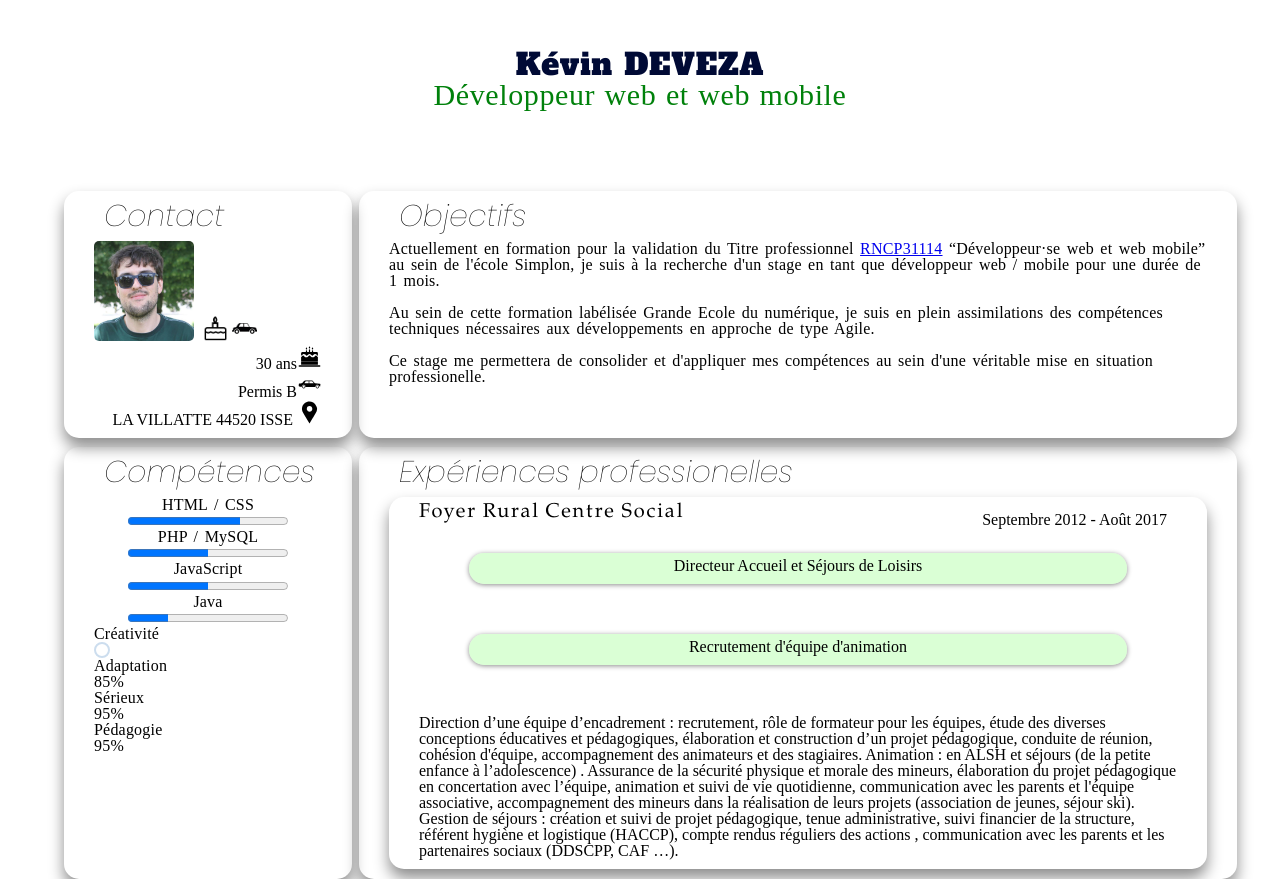
Repository: KevinDvZ/kevindvz.github.io
Page: index.html
The author's editor kept a copy of each file at every save. The page is drawn from the files as they stood at one save, then again after the next save.
The browser window is 1280 px wide. The pictures show the whole page.

Above is the page before, as saved 2020-10-31 15:56:26.

After the next save:
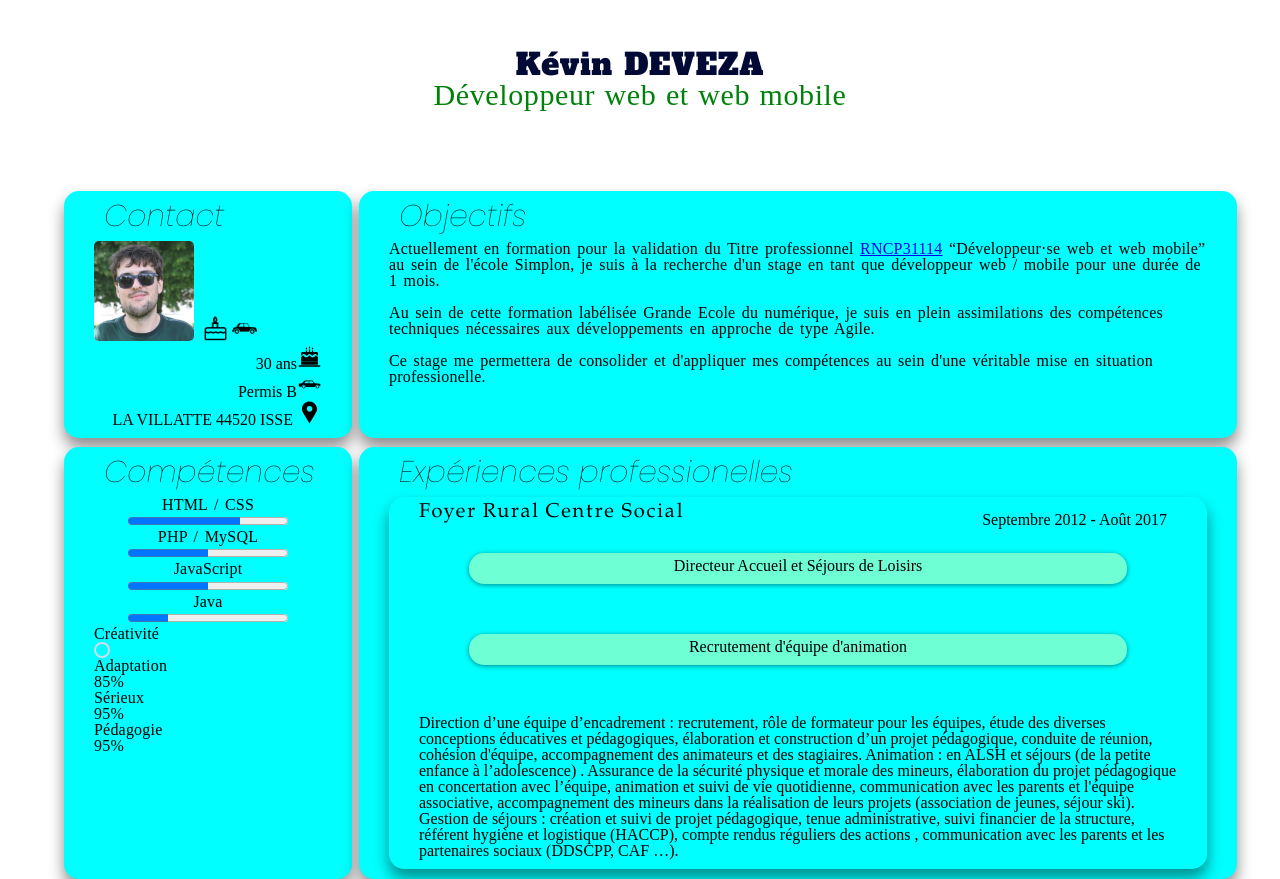
Saved 5 s later.
--- a/css/cv_deveza.css
+++ b/css/cv_deveza.css
@@ -177,6 +177,6 @@ h3 {
 #experiences .dates {
   margin: -10px 10px 10px 10px;
 }
-.cadre .cadre .cadre {
+.cadre {
   background-color: aqua;
 }
